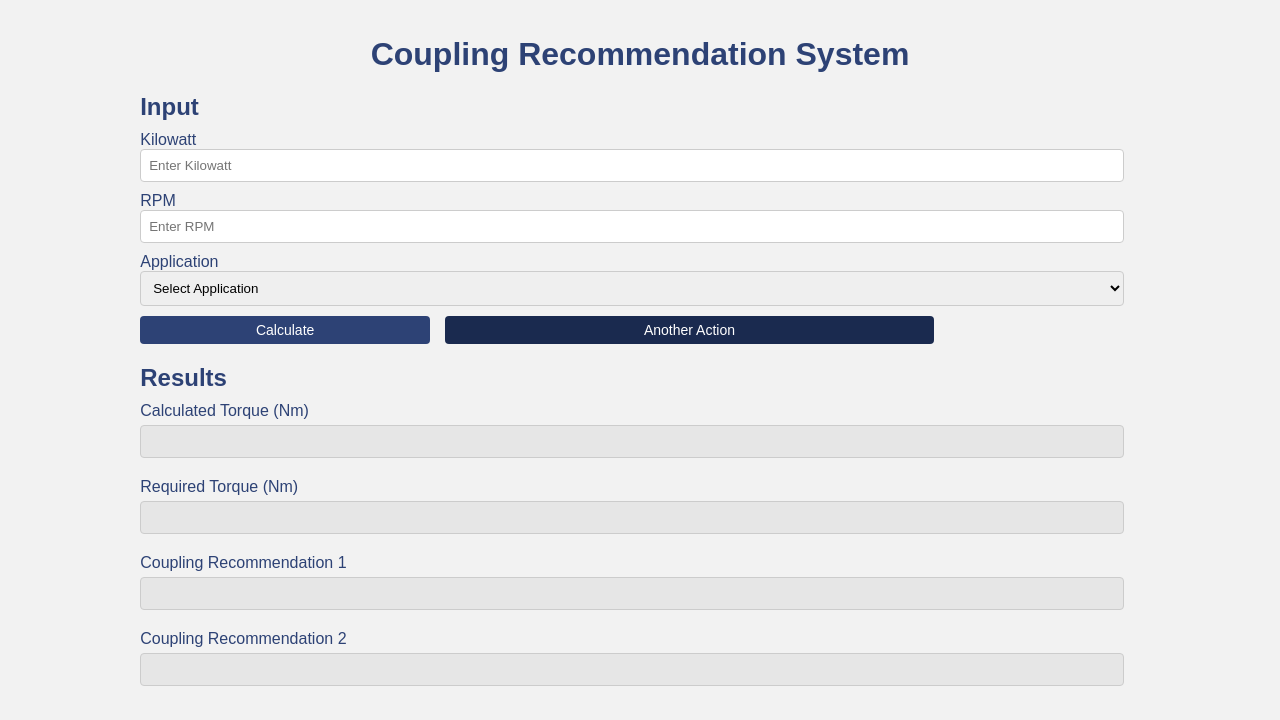
Repository: JustinSadie/calculator
Page: newIndex.html
An editor plug-in stored every save of this project. The page is shown before and after the next save, followed by the edit.
The browser window is 1280 px wide. The pictures show the whole page.

Above is the page before, as saved 2024-08-25 15:44:29.

### newIndex.html
<!DOCTYPE html>
<html lang="en">
  <head>
    <meta charset="UTF-8" />
    <meta name="viewport" content="width=device-width, initial-scale=1.0" />
    <title>Coupling Recommendation</title>
    <link rel="stylesheet" href="newCSS.css" />
  </head>
  <body>
    <div class="coupling-calculator">
      <h1>Coupling Recommendation System</h1>

      <div class="input-section">
        <h2>Input</h2>
        <label for="kilowatt">Kilowatt</label>
        <input
          type="number"
          id="kilowatt"
          placeholder="Enter Kilowatt"
          required
        />

        <label for="rotationSpeed">RPM</label>
        <input
          type="number"
          id="rotationSpeed"
          placeholder="Enter RPM"
          required
        />

        <label for="application">Application</label>
        <select id="application">
          <option value="">Select Application</option>
          <option value="1.2">Centrifugal Pumps</option>
          <option value="1.2">Fans</option>
          <option value="1.2">Belt Conveyors</option>
          <option value="1.6">Hammermill</option>
          <option value="1.6">Bucket Elevator</option>
          <option value="1.6">Scraper Conveyor</option>
          <option value="2.4">Reciprocating Pump</option>
          <option value="2.4">Compressor(3Cyl or less)</option>
          <option value="2">Crusher</option>
          <option value="2">Calender</option>
          <option value="2">Shaker</option>
          <option value="2">Compressor(4 Cyl or more)</option>
          <option value="4">Steel Mill rolers Tables</option>
          <option value="4">Heavy Reversing Drives</option>
        </select>
        <input
          type="text"
          id="customApplication"
          placeholder="Enter Custom Application"
          style="display: none"
        />

        <button onclick="displayResults()">Calculate</button>
        <button class="additional">Another Action</button>


      </div>

      <div class="output-section">
        <h2>Results</h2>
        <div class="result">
          <label for="torqueResult">Calculated Torque (Nm)</label>
          <input type="text" id="torqueResult" readonly />
        </div>

        <div class="result">
          <label for="coupRat">Required Torque (Nm)</label>
          <input type="text" id="coupRat" readonly />
        </div>

        <div class="result">
          <label for="brCouplingSuggest1">Coupling Recommendation 1</label>
          <input type="text" id="brCouplingSuggest1" readonly />
        </div>

        <div class="result">
          <label for="brCouplingSuggest2">Coupling Recommendation 2</label>
          <input type="text" id="brCouplingSuggest2" readonly />
        </div>
      </div>

      <script src="Coupling generator copy.js"></script>
    </div>
  </body>
</html>

### newCSS.css
/* Overall page styling */
body {
  font-family: Arial, sans-serif;
  margin: 0;
  padding: 0;
  background-color: #f2f2f2;
  color: #2d4275;
  display: flex;
  justify-content: center;
  align-items: center;
  min-height: 100vh;
}

.coupling-caclulator {
  max-width: 50%; /* Make the container half the width of the page */
  margin: 0 auto;
  padding: 20px;
  background-color: #ffffff;
  box-shadow: 0 0 10px rgba(0, 0, 0, 0.1);
  border: 2px solid #2d4275; /* Add border around the container */
  border-radius: 8px;
  box-sizing: border-box; /* Include padding and border in the width */
}

h1 {
  color: #2d4275;
  text-align: center;
  margin-bottom: 20px;
}

/* Input section styling */
.input-section {
  margin-bottom: 20px;
}

.input-section h2 {
  color: #2d4275;
  margin-bottom: 10px;
}

input,
select {
  padding: 8px; /* Make the input fields smaller */
  margin-bottom: 10px;
  width: calc(100% - 16px); /* Adjust width to account for padding and borders */
  border: 1px solid #ccc;
  border-radius: 4px;
  box-sizing: border-box;
}

button {
  padding: 6px 10px;
  background-color: #2d4275;
  color: #ffffff;
  border: none;
  border-radius: 4px;
  cursor: pointer;
  font-size: 14px; /* Adjust button font size */
  width: calc(30% - 10px); /* Adjust width for smaller button */
  margin-right: 10px; /* Add space between buttons */
}

button:hover {
  background-color: #1a2a4f;
}

/* Add styling for additional button */
button.additional {
  padding: 6px 10px;
  background-color: #1a2a4f;
  color: #ffffff;
  border: none;
  border-radius: 4px;
  cursor: pointer;
  font-size: 14px;
  width: calc(50% - 10px); /* Same size as the primary button */
}

button.additional:hover {
  background-color: #0d1a3b;
}

/* Output section styling */
.output-section {
  margin-top: 20px;
}

.output-section h2 {
  color: #2d4275;
  margin-bottom: 10px;
}

.result {
  margin-bottom: 10px;
}

.result label {
  display: block;
  margin-bottom: 5px;
  color: #2d4275;
}

.result input {
  padding: 8px; /* Make the output fields smaller */
  border: 1px solid #ccc;
  border-radius: 4px;
  width: calc(100% - 16px); /* Adjust width to account for padding and borders */
  box-sizing: border-box;
  background-color: #f9f9f9;
}

.result input[readonly] {
  background-color: #e6e6e6;
  cursor: not-allowed;
}

### Coupling generator copy.js
lst = [97,128, 164, 187, 215, 255, 271, 314, 355, 428,
    471, 517, 618, 679, 706, 868, 889, 900,
    1089, 1227, 1296, 1392, 1427, 1641, 1768, 2081,
    2150, 2398, 2551, 2837, 3134, 3343, 3536, 3787,
    4274, 4873, 4963, 5326, 5860, 6645, 6721, 6978,
    7234, 8443, 8806, 9071, 9864, 10172, 10811, 11063,
    12835, 13359, 13870, 14165, 16126, 17502, 18434,
    20135, 20684, 21989, 24153, 28155, 28166, 29107,
    35206, 35584, 38136, 38177, 45784, 48006, 50019,
    52525, 55588, 58182, 68818, 72908, 75800, 79879,
    86627, 99418, 100312, 104658, 136282, 136785,
    152552, 178422, 208020, 234914, 366843
]


const bearingData = {
  black: {
    sizes: [97, 164, 271, 471, 679, 1089, 1641, 2551, 3787, 5326, 6721, 8443, 10811, 18434, 29107, 38177, 52525, 79879],
  },
  yellow: {
    sizes: [128, 215, 355, 618, 889, 1427, 2150, 3343, 4963, 6978, 8806, 11063, 14165, 24153, 38136, 50019, 68818, 104658],
  },
  blue: {
    sizes: [187, 314, 517, 900, 1296, 2081, 3134, 4873, 7234, 10172, 12835, 16126, 20684, 35206, 55588, 72908, 100312, 152552],
  },
  green: {
    sizes: [255, 428, 706, 1227, 1768, 2837, 4274, 6645, 9864, 13870, 17502, 21989, 28155, 48006, 75800, 99418, 136785, 208020],
  },
  red: {
    sizes: [517, 868, 1392, 2398, 3536, 5860, 9071, 13359, 20135, 28166, 35584, 45784, 58182, 86627, 136282, 178422, 234914, 366843],
  },
};

const sizeIndex = {
    "BR_95" : 0,
   "BR_115" : 1,
   "BR_135" : 2,
   "BR_155" : 3,
   "BR_179" : 4,
   "BR_206" : 5,
   "BR_236" : 6,
   "BR_276" : 7,
   "BR_306" : 8,
   "BR_336" : 9,
   "BR_366" : 10,
   "BR_406" : 11,
   "BR_446" : 12,
   "BR_506" : 13,
   "BR_556" : 14,
   "BR_636" : 15,
   "BR_716" : 16,
   "BR_826" : 17,
}


function calculateTorque(){
    var kilowatt = document.getElementById("kilowatt").value;
    var rotationSpeed = document.getElementById("rotationSpeed").value;
    var torque = ((kilowatt *  9550)/rotationSpeed);
    torqueResult = torque.toFixed(2) + " (Nm)";
    return {
        torqueresultText: torqueResult,
        torqueResultNumeric: torque,
    };

}

function getSafetyFactorValue(){
    var serviceFactor = document.getElementById("application").value;
    var customServiceFactor = document.getElementById("customApplication").value.trim();

    if (customServiceFactor) {
        return customServiceFactor;
    } else if (serviceFactor && serviceFactor !== "default") {
        return serviceFactor;
    } else {
        throw new Error("Please select an application or enter a custom application.");
    }
};


function calculateAndSetCouplingRating() {
    try {
        var torque = calculateTorque().torqueResultNumeric;
        var serviceFactor = getSafetyFactorValue();

        if (isNaN(serviceFactor)) {
            throw new Error("Invalid service factor input");
        }
        var couplingRating = Math.round(torque * serviceFactor);
        var couplingRatingResult = couplingRating + " (Nm)";

        return {
            couplingRatingText: couplingRatingResult,
            couplingRatingNumeric: couplingRating,
        };
    } catch (error) {
        console.error("Error in calculateAndSetCouplingRating:", error.message);
        return {
            error: error.message,
        };
    }
}



function nextNearestValue() {

    x = calculateAndSetCouplingRating().couplingRatingNumeric;

    for(const elem of lst){
        if(x <= elem) {
            const nextIndex = lst.indexOf(elem) + 1;
            if (nextIndex < lst.length) {
                return {
                    firstRecommendation : elem,
                    secondrecommendation : lst[nextIndex],
                };
            }
        }
    }
    return {
        firstRecommendation : elem,
        secondrecommendation : "none",
    }
}

function safetyFactor(nnv,torque){
    return (nnv/torque).toFixed(2);
}

function findColorAndSize(value) {
    for (const color in bearingData) {
      const sizes = bearingData[color].sizes;
      const index = sizes.indexOf(value);
      if (index !== -1) {
        const sizeKey = Object.keys(sizeIndex).find((key) => sizeIndex[key] === index);
        return {
          color: color,
          size: sizeKey,
        };
      }
    }
    return null;
}



function displayResults(){
    var newVal = calculateAndSetCouplingRating();
    document.getElementById('torqueResult').value=calculateTorque().torqueresultText;
    document.getElementById('coupRat').value=calculateAndSetCouplingRating().couplingRatingText;

    document.getElementById('brCouplingSuggest1').value=findColorAndSize(nextNearestValue().firstRecommendation).size + " - " + findColorAndSize(nextNearestValue().firstRecommendation).color;
    document.getElementById('brCouplingSuggest2').value=findColorAndSize(nextNearestValue().secondrecommendation).size + " - " + findColorAndSize(nextNearestValue().secondrecommendation).color;
    document.getElementById('sfCouplingSuggest1').value=safetyFactor(nextNearestValue().firstRecommendation, calculateTorque().torqueResultNumeric);
    document.getElementById('sfCouplingSuggest2').value=safetyFactor(nextNearestValue().secondrecommendation, calculateTorque().torqueResultNumeric);
}


function clearTable(){
    document.getElementById('kilowatt').value="";
    document.getElementById('rotationSpeed').value="";
    document.getElementById('serviceFactor').value="";
    document.getElementById('torqueResult').value="";
    document.getElementById('coupRat').value="";
    document.getElementById('brCouplingSuggest1').value="";
    document.getElementById('brCouplingSuggest2').value="";
}

function validateInput(inputId) {
    var inputElement = document.getElementById(inputId);
    var inputValue = inputElement.value.trim();

    if (inputValue === "") {
        alert("Input cannot be empty.");
        return false;
    }

    if (!/^\d+$/.test(inputValue)) {
        alert("Input must contain only numbers.");
        return false;
    }

    return true;
}

function validateForm() {
    if (!validateInput("kilowatt") || !validateInput("rotationSpeed")) {
        return false;
    }
    return true;
}

After the next save:
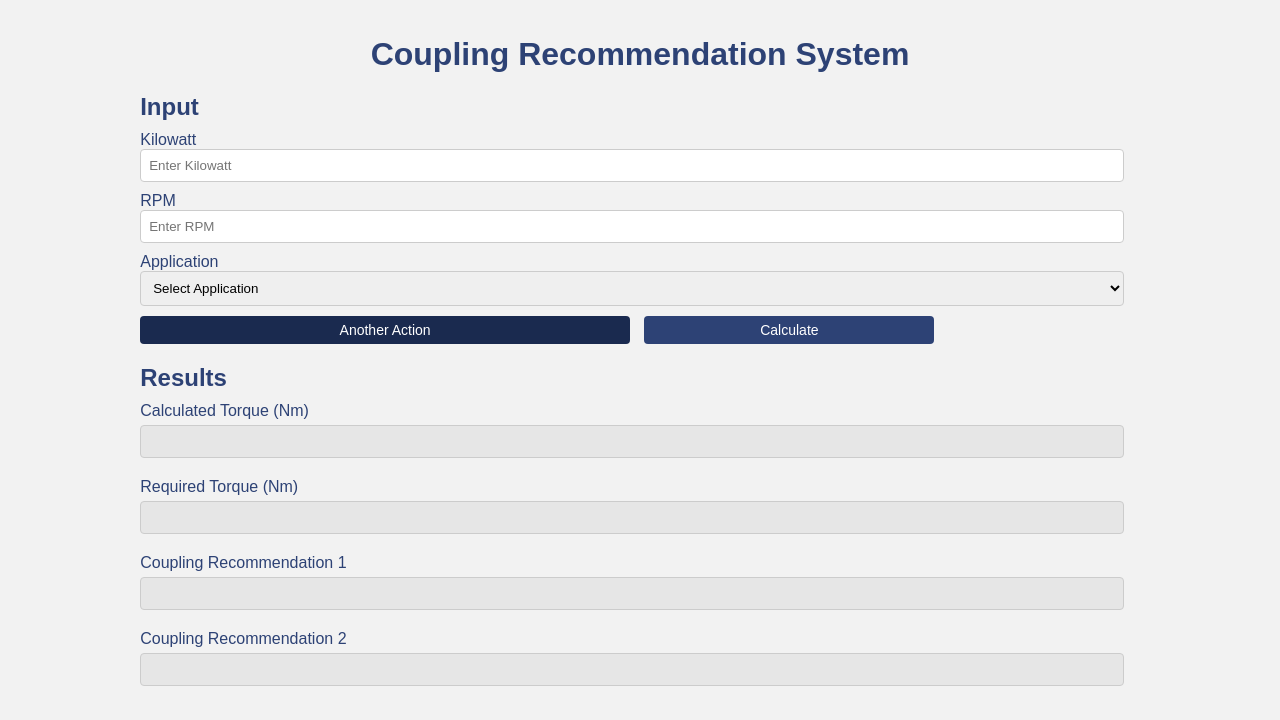
Saved 18 s later.
--- a/newIndex.html
+++ b/newIndex.html
@@ -53,10 +53,8 @@
           style="display: none"
         />
 
+        <button class="additional">Another Action</button>
         <button onclick="displayResults()">Calculate</button>
-        <button class="additional">Another Action</button>
-
-
       </div>
 
       <div class="output-section">
